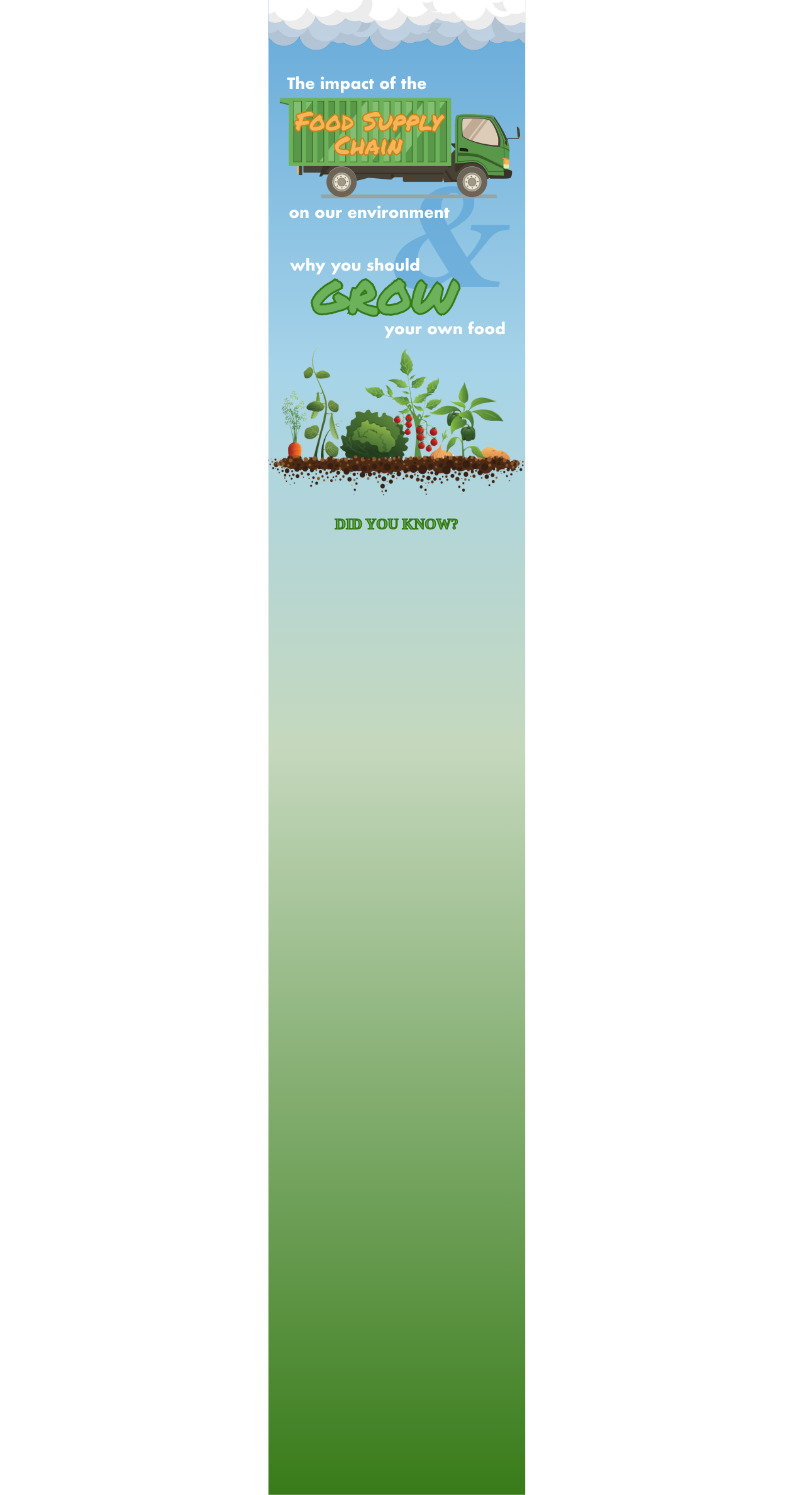
Repository: zoelake/DCDmidterm
Page: page1/index.html
The author's editor kept a copy of each file at every save. The page is drawn from the files as they stood at one save, then again after the next save.
The browser window is 1280 px wide. The pictures show the whole page, at 62% of full size.

Above is the page before, as saved 2021-03-05 17:06:17.

After the next save:
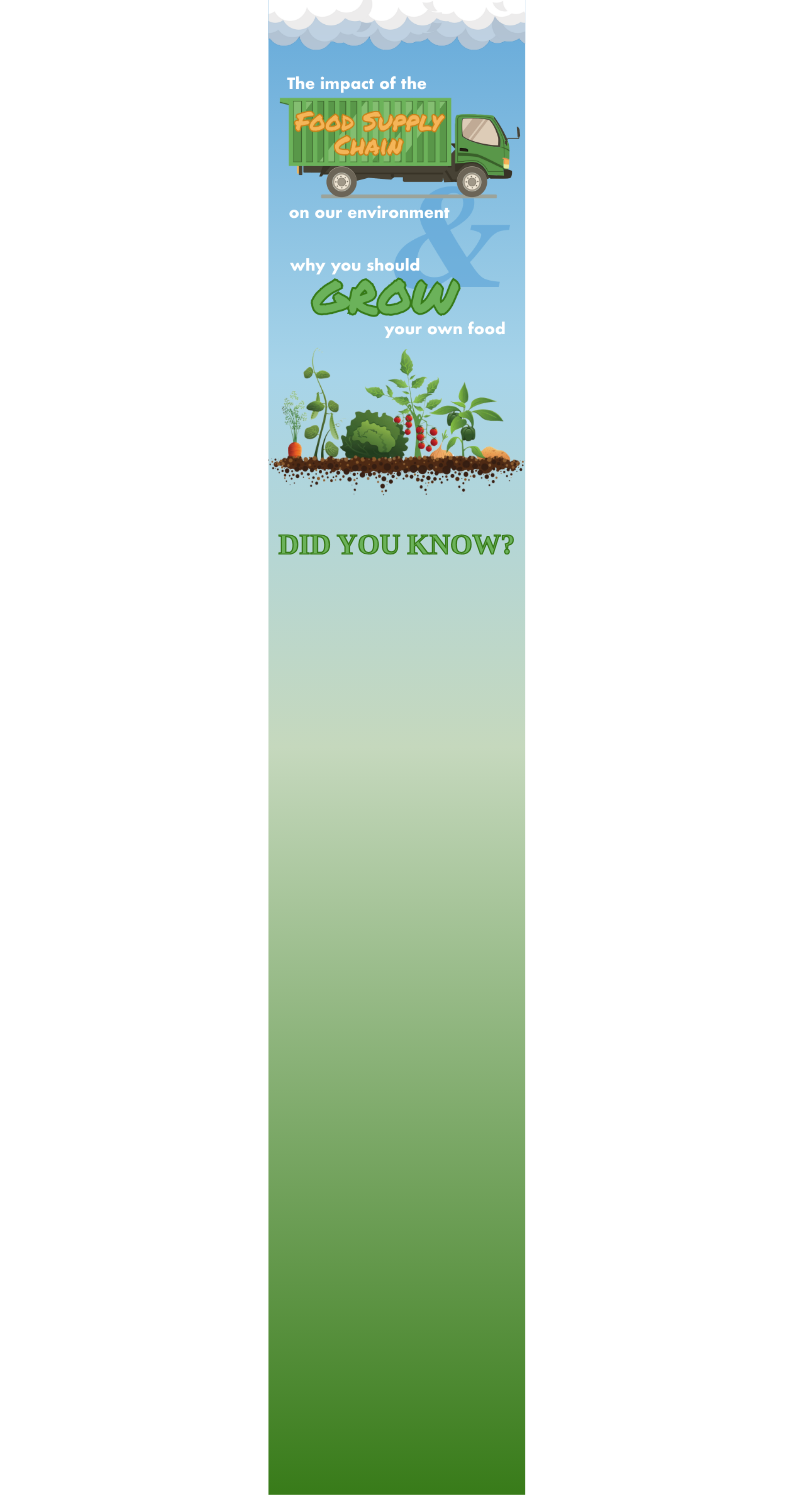
Saved 17 s later.
--- a/page1/style.css
+++ b/page1/style.css
@@ -26,4 +26,5 @@
     color: #6BB25A;
     -webkit-text-stroke-width: 2px;
     -webkit-text-stroke-color: #367A17;
+    font-size: 46px;
 }
